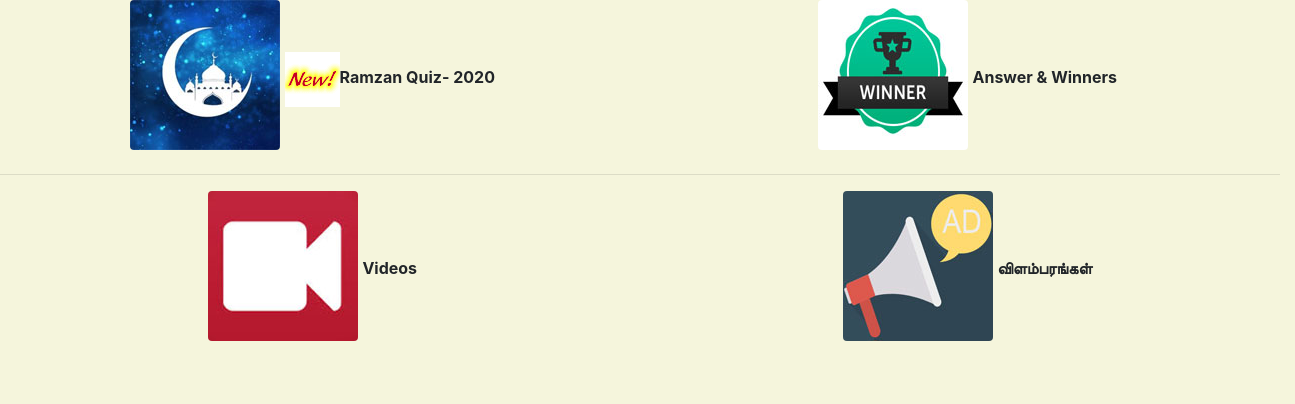
Repository: rsusolutions/RSU-Website
Page: quiz/index.html
These files come from the project's save history. The page is drawn as it stood at one moment and after the next save; the edit follows.
The browser window is 1280 px wide. The page is 1295 px wide, so the pictures cover 1295 px, including what lies to the right of the window. The pictures show the whole page.
Some web libraries are served in a nearby version.

Above is the page before, as saved 2020-04-21 20:55:41.

After the next save:
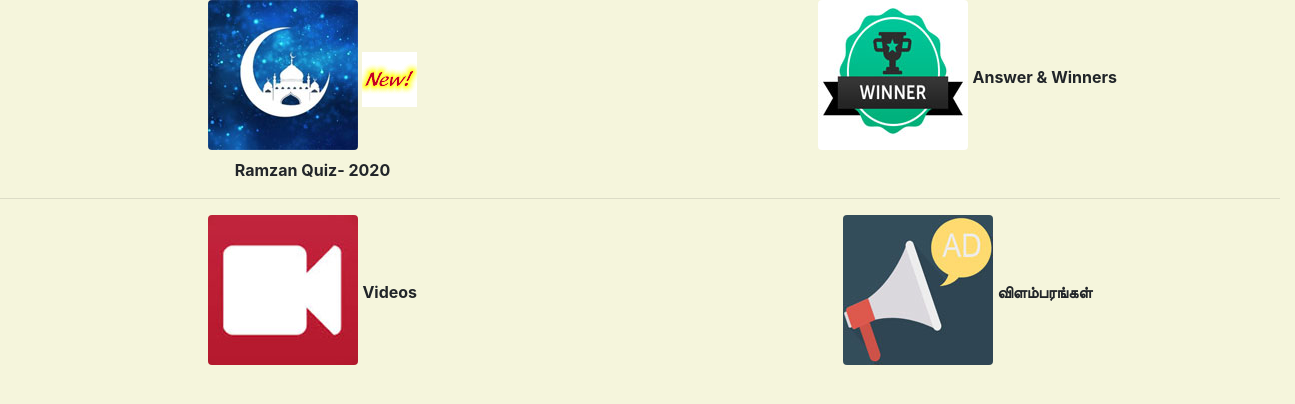
Saved 11 s later.
--- a/quiz/index.html
+++ b/quiz/index.html
@@ -19,7 +19,7 @@
       <div class="col" style=" text-align: center;">
         <a href="ramzan2019.html">
     <img class="rounded mb-2" alt="100x100" src="img/ramzan.jpg" data-holder-rendered="true"></a>
-    <b> <img src="img/new.gif" alt="">Ramzan Quiz- 2020</b>
+    <b> <img src="img/new.gif" alt=""><br>Ramzan Quiz- 2020</b>
     </div>
       <div class="col" style=" text-align: center;">
         <a href="results.html"></a>
